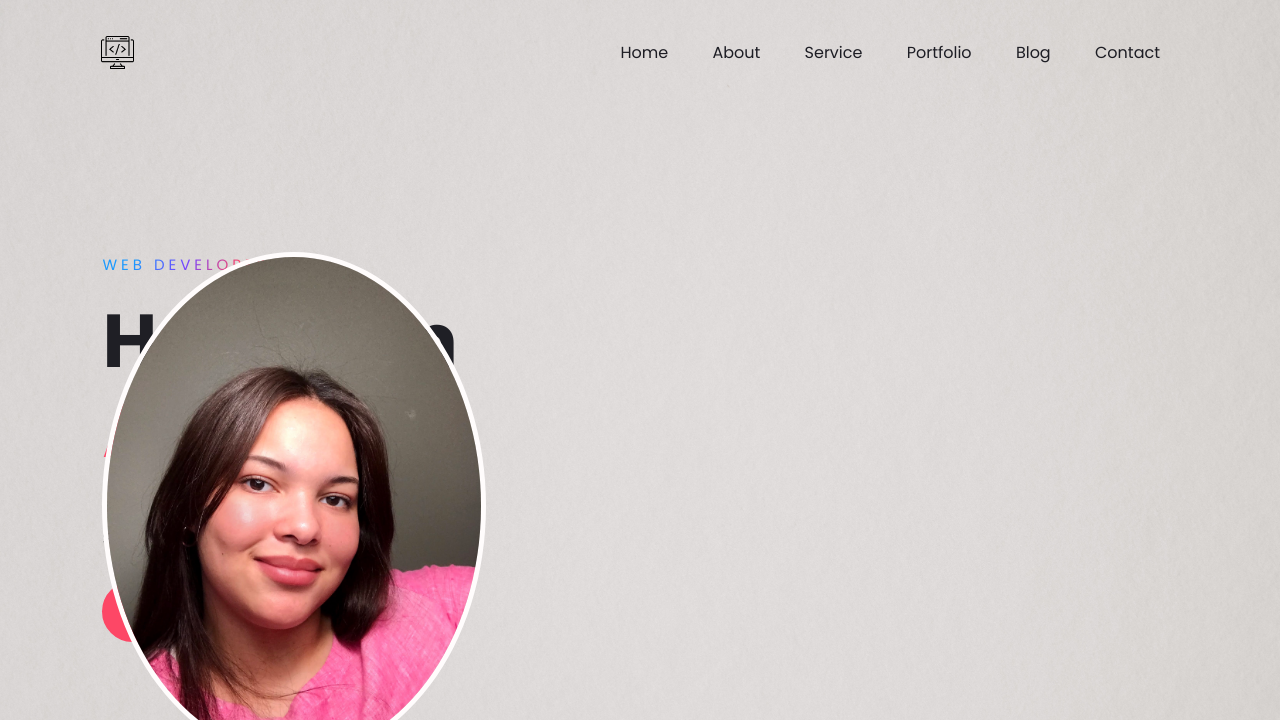
Repository: pilar122/port
Page: index.html
The author's editor kept a copy of each file at every save. The page is drawn from the files as they stood at one save, then again after the next save.
The browser window is 1280 px wide. The pictures show the whole page.

Above is the page before, as saved 2022-01-29 15:02:03.

After the next save:
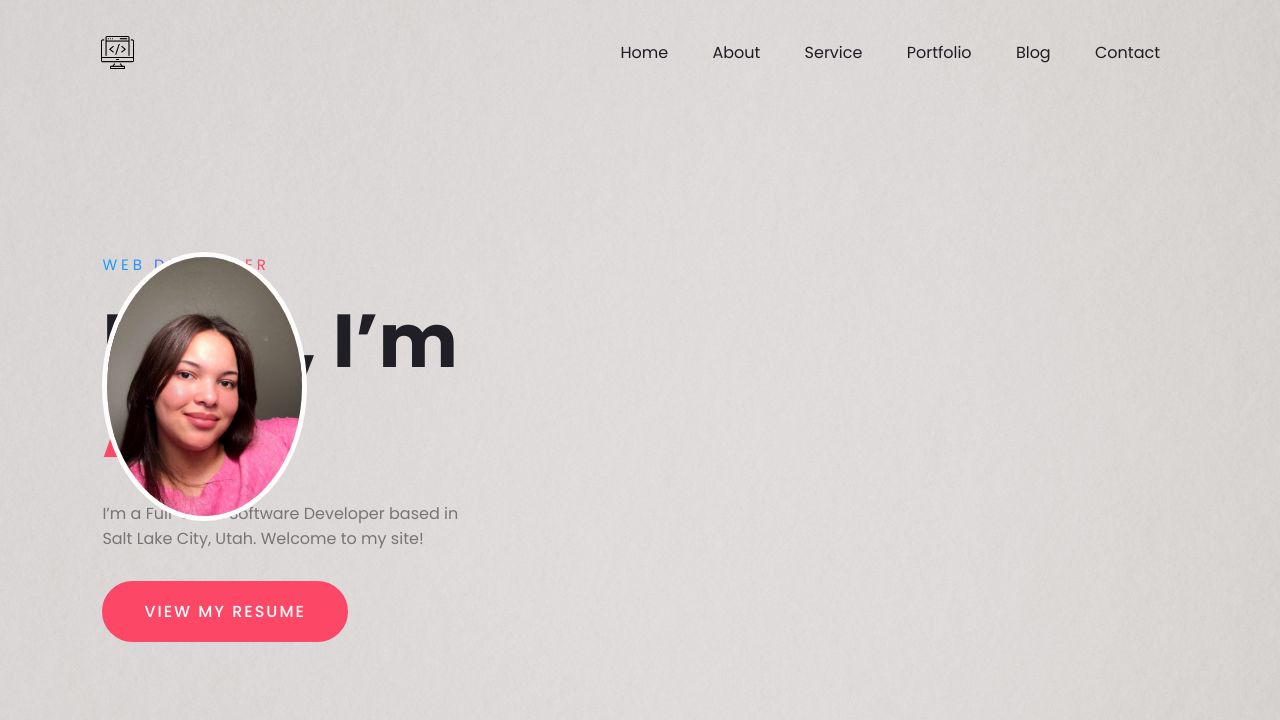
Saved 15 s later.
--- a/style.css
+++ b/style.css
@@ -107,6 +107,6 @@ nav ul li a:hover:after{
     max-width: 30%;
     border-radius: 50%;
     border: 5px solid rgb(255, 252, 252);
-    position: fixed;
+    position: absolute;
 
 }
